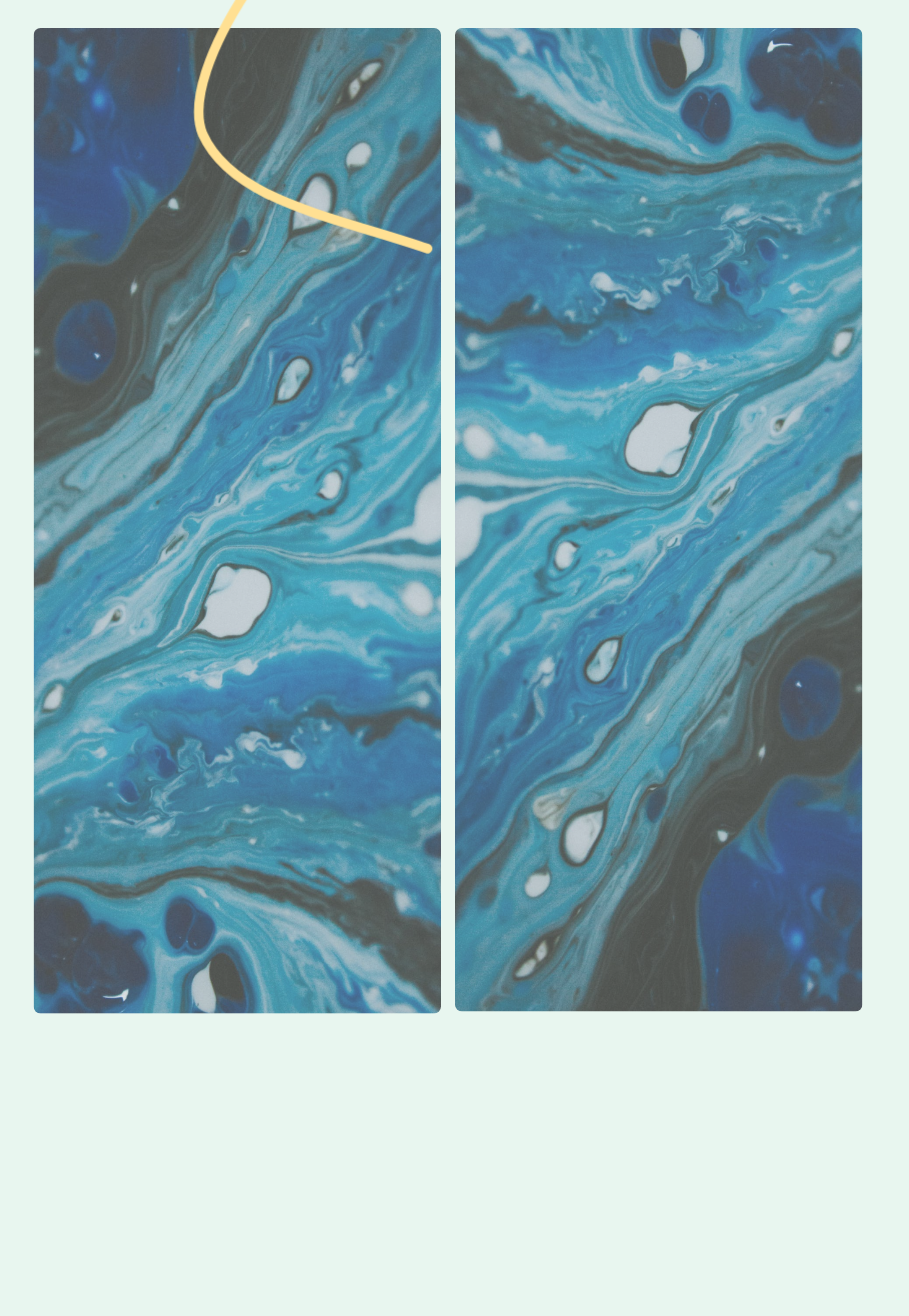
Repository: neomort/comm-lab-vid-site
Page: index.html
These files come from the project's save history. The page is drawn as it stood at one moment and after the next save; the edit follows.
The browser window is 1280 px wide. The page is 1299 px wide, then 1280 px, so the pictures cover 1299 px, including what lies to the right of the window. The pictures show the part of the page from y = 0 to 1880 px (the page is 2069 px tall before and 3777 px after), at 70% of full size.
Some web libraries are served in a nearby version.

Above is the page before, as saved 2021-09-23 04:01:31.

After the next save:
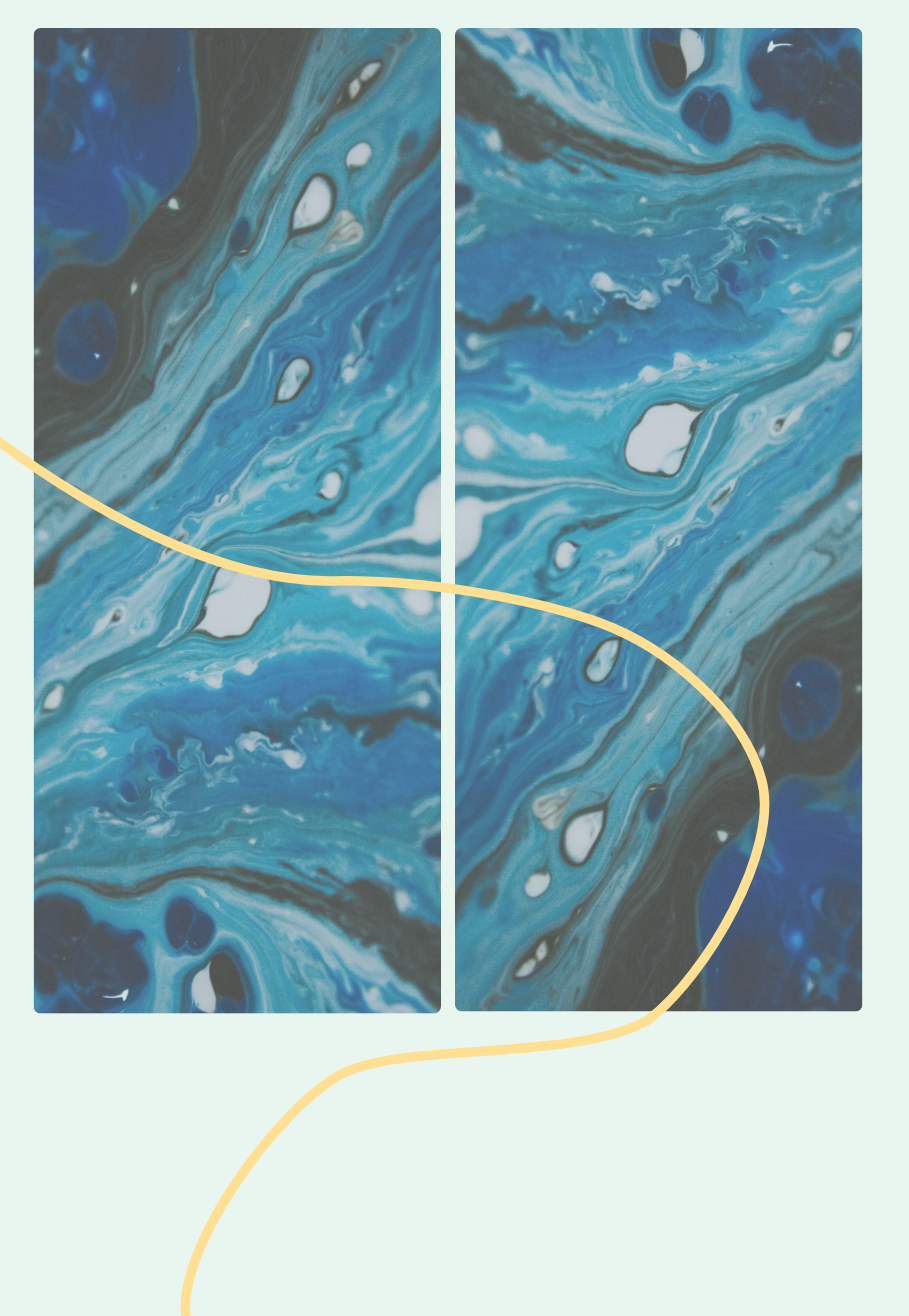
Saved 50 s later.
--- a/css/styles.css
+++ b/css/styles.css
@@ -156,7 +156,7 @@
   position: absolute;
   top: 50%;
   left: 50%;
-  transform: translate(-48.5%, -50%);
+  transform: translate(-50%, -0%);
 }
 
 #Connectline1_lottie_container {
